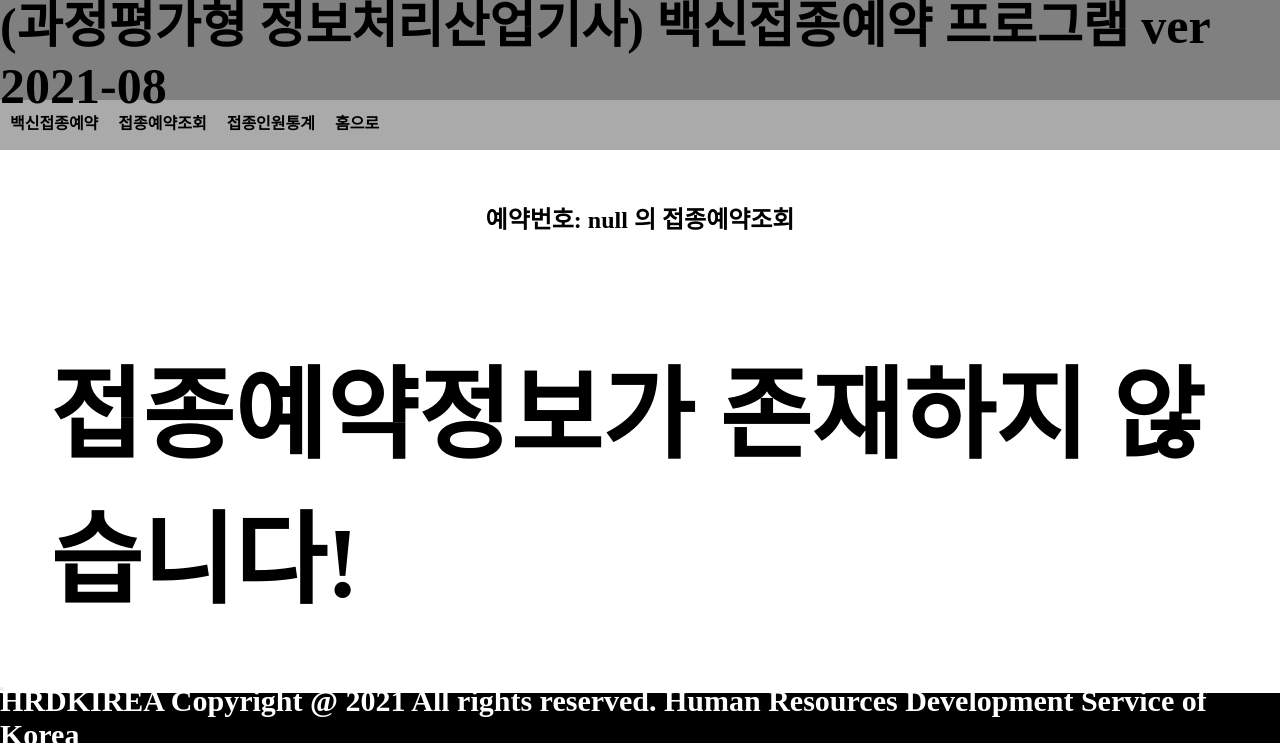
Repository: Ranranruo/info-processing
Page: http://localhost/20250424/view.jsp
These files come from the project's save history. The page is drawn as it stood at one moment and after the next save; the edit follows.
The browser window is 1280 px wide. The pictures show the whole page.
The page is served by Tomcat 9. Queries for data that is not in the repository find no rows.

Above is the page before, as saved 2025-04-24 07:16:15.
Console error: TypeError: Cannot read properties of null (reading 'addEventListener')

### 20250424/src/main/webapp/view.jsp
<%@page import="java.sql.ResultSet"%>
<%@page import="java.sql.PreparedStatement"%>
<%@page import="java.sql.Connection"%>
<%@page import="java.sql.DriverManager"%>
<%@ page language="java" contentType="text/html; charset=UTF-8"
    pageEncoding="UTF-8"%>
<%
	Class.forName("oracle.jdbc.OracleDriver");
	String no = request.getParameter("no");
	Connection con = DriverManager.getConnection("jdbc:oracle:thin:@//localhost:1521/xe", "system", "1234");

	String sql = "SELECT j.pname, j.jumin, CASE WHEN substr(j.jumin, 8, 1) = '1' THEN '남' WHEN substr(j.jumin, 8, 1) = '2' THEN '여' end, j.tel, substr(v.resvdate, 1, 4) || '년' || substr(v.resvdate, 5, 2) || '월' || substr(v.resvdate, 7, 2) || '일', substr(v.resvtime, 1, 2) || ':' | substr(v.resvtime, 3, 2), h.hospname, h.hosptel, h.hospaddr, v.vcode FROM tbl_vaccresv_202108 v, tbl_hosp_202108 h, tbl_jumin_201808 j WHERE v.jumin = j.jumin AND v.hospcode = h.hospcode AND v.resvno = ?";
	PreparedStatement s = con.prepareStatement(sql);
	s.setString(1, no);

	ResultSet rs = s.executeQuery();
%>
<!DOCTYPE html>
<html>
<head>
<meta charset="UTF-8">
<title>Insert title here</title>
<style>
* {padding:0; margin: 0; text-decoration: none; color: inherit;}
.c { display: flex; justify-content: center; align-items: center;}
td{ border: 1px solid black; padding: .5em 1em;}
</style>
</head>
<body>
<header class="c" style="background-color: gray; color: #000; font-weight: bold; font-size: 50px; height: 100px;">(과정평가형 정보처리산업기사) 백신접종예약 프로그램 ver 2021-08</header>
<nav style="display: flex; padding: 10px; gap: 20px; background: #aaa; color: black; font-weight: bold; height:30px;">
<a href="insert.jsp">백신접종예약</a>
<a href="select.jsp">접종예약조회</a>
<a href="view.jsp">접종인원통계</a>
<a href="index.jsp">홈으로</a>
</nav>
<section style="min-height: calc(100vh - 200px); display: flex; flex-direction: column; align-items: center;">
<h1 class="c" style="padding: 50px;">예약번호: <%=no %> 의 접종예약조회</h1>
<%
 if(rs.next()) {
%>
<form action="selectDetail.jsp">
<table>
<tr>
<td>접종예약조회</td>
<td>
	<input id="no" name="no"/>예) 20210001
</td>
</tr>
<tr>
<td colspan="2" style="display: flex; justify-content: center;">
<button>예약조회</button>
<button id="reset" type="reset">홈으로</button>
</td>
</tr>
</table>
</form>
<% } else { %>
<form>
<h1 class="c" style="font-size: 100px; padding: 50px;">접종예약정보가 존재하지 않습니다!</h1>
<button></button>
</form>
<% } %>
</section>
<footer class="c" style="background-color: black; color: #fff; font-weight: bold; font-size: 30px; height: 50px;">HRDKIREA Copyright @ 2021 All rights reserved. Human Resources Development Service of Korea</footer>
<script>
const $ = (s) => document.querySelector(s);
$("form").addEventListener("submit", (e)=> {
	e.preventDefault();
	if($("#no").value == "") {
		alert("접종예약번호가 입력되지 않았습니다.");
		e.preventDefault();
		$("#no").focus();
	}

});
$("#reset").addEventListener("click", ()=> {
	location.href="index.jsp";
});
</script>
</body>
</html>

After the next save:
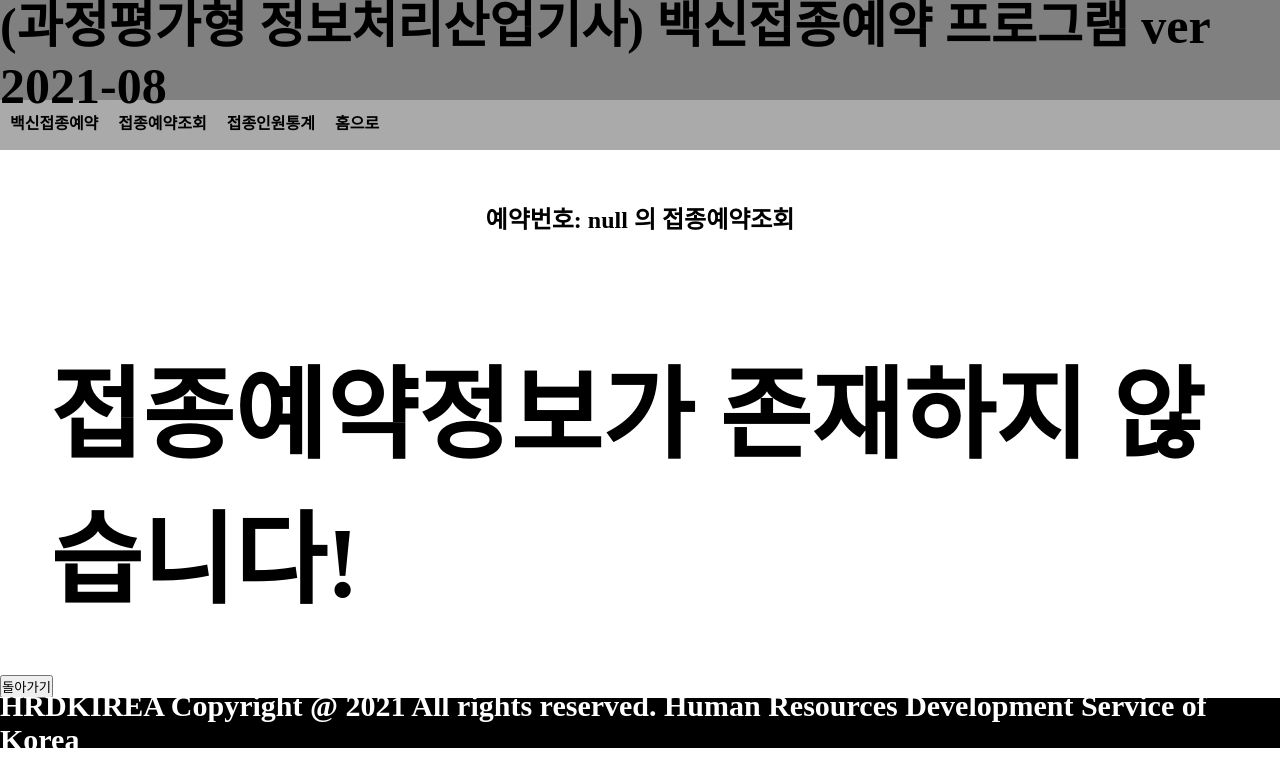
Saved 17 s later.
--- a/20250424/src/main/webapp/view.jsp
+++ b/20250424/src/main/webapp/view.jsp
@@ -56,9 +56,9 @@ td{ border: 1px solid black; padding: .5em 1em;}
 </table>
 </form>
 <% } else { %>
-<form>
+<form action="select.jsp">
 <h1 class="c" style="font-size: 100px; padding: 50px;">접종예약정보가 존재하지 않습니다!</h1>
-<button></button>
+<button>돌아가기</button>
 </form>
 <% } %>
 </section>
